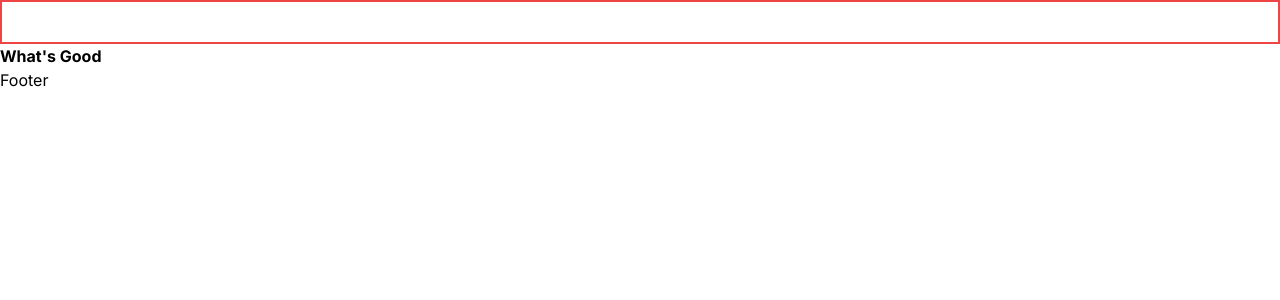
Repository: SouthpawC0der/Modern-reactsite
Page: /
The author's editor kept a copy of each file at every save. The page is drawn from the files as they stood at one save, then again after the next save.
The browser window is 1280 px wide. The pictures show the whole page.
The project was rebuilt for these pictures with package versions that can differ from the ones it lists, and the page was loaded fresh each time. The framework's server and built-in components were replaced by stand-ins that run in the browser. Also part of the build but not shown: next.config.ts.

Above is the page before, as saved 2025-01-30 10:00:36.

After the next save:
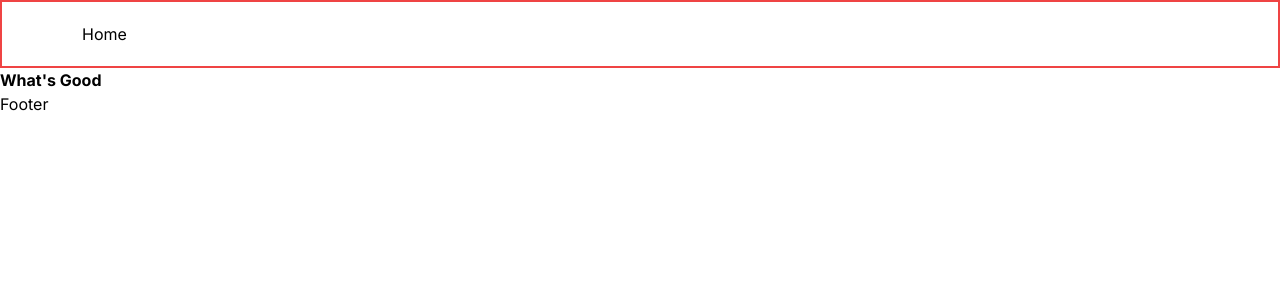
Saved 56 s later.
--- a/components/Navbar.tsx
+++ b/components/Navbar.tsx
@@ -1,9 +1,12 @@
+import Link from 'next/link'
 import React from 'react'
 
 const Navbar = () => {
   return (
     <nav className='border-2 border-red-500 flex-between max-container padding-container relative z-30 py-5'>
-
+        <Link href="/">
+        Home
+        </Link>
     </nav>
   )
 }
